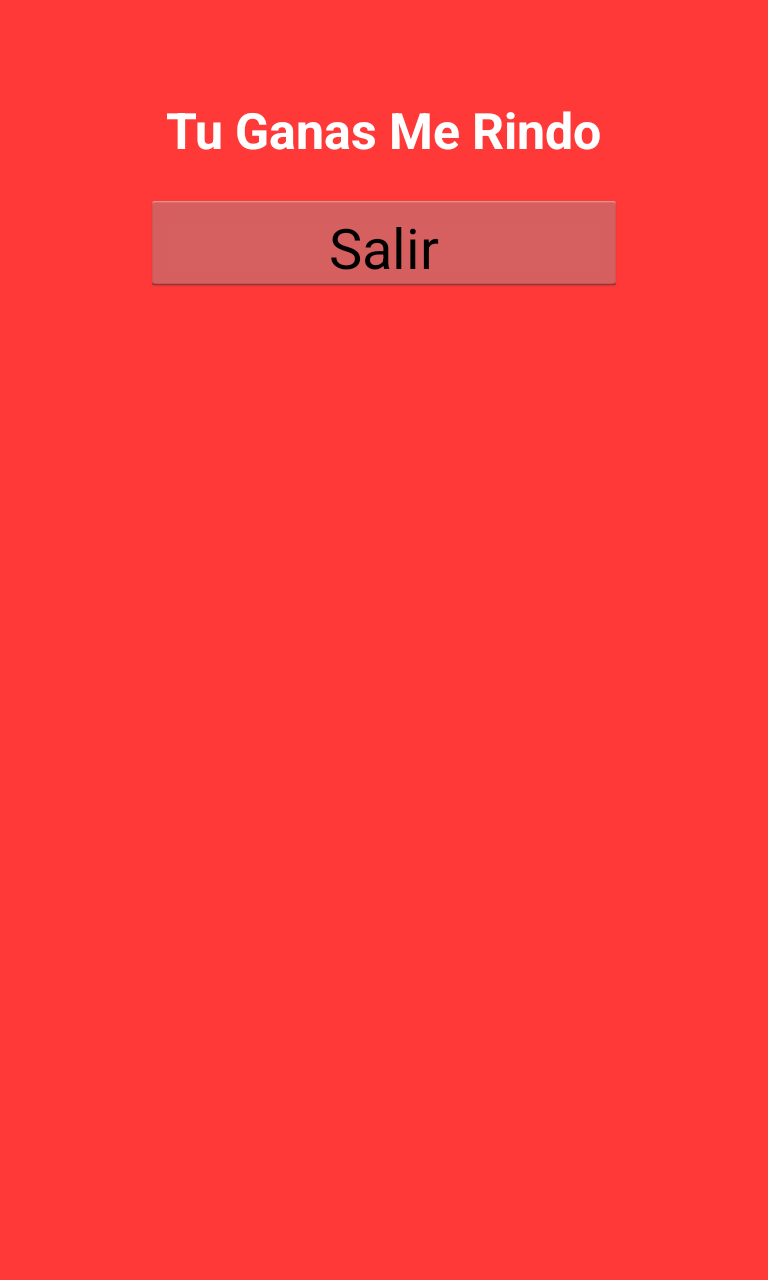
Repository: lainodHO/Proyectos-Moviles
Layout: Adventure/res/layout/activity_quinto.xml
An editor plug-in stored every save of this project. The layout is shown before and after the next save, followed by the edit.
It is drawn on a 768 x 1280 px phone screen (xhdpi) without system bars, with theme AppTheme; the app's code is not run.

Above is the layout before, as saved 2019-04-05 23:06:01.

After the next save:
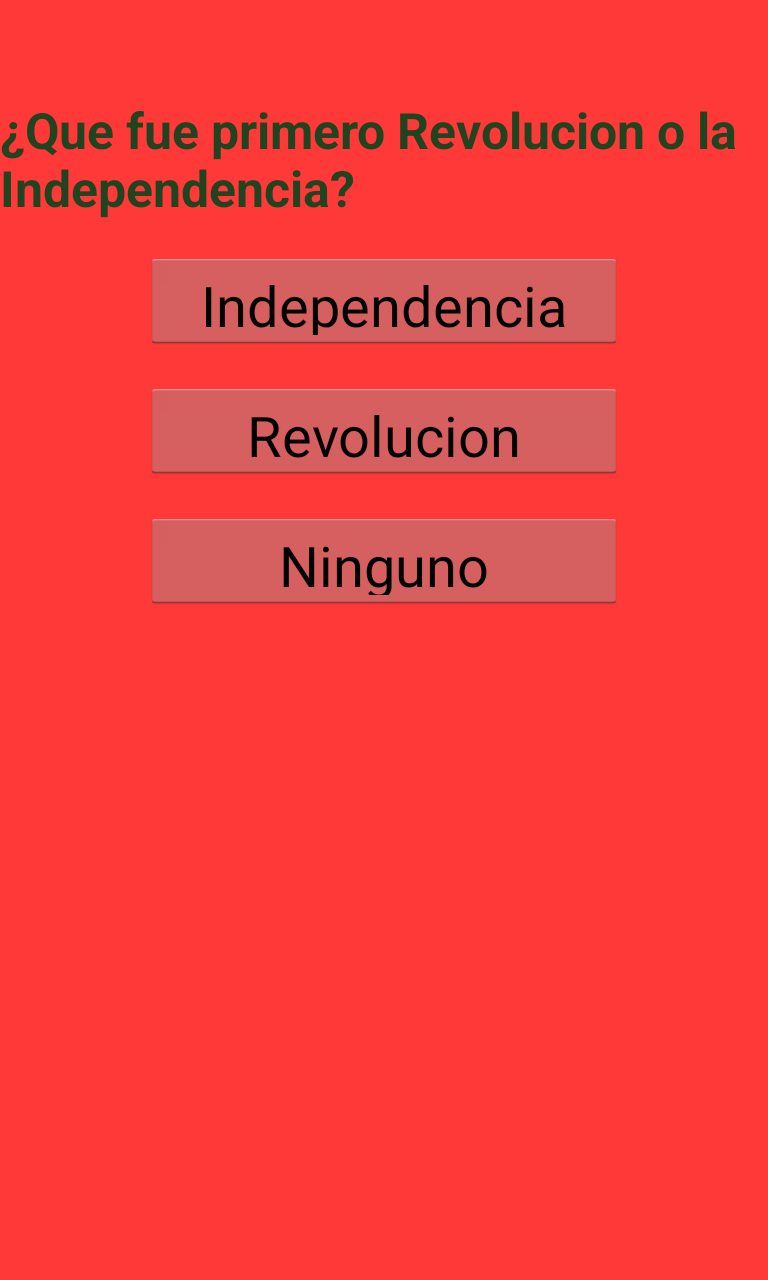
Saved 4 s later.
--- a/Adventure/res/layout/activity_quinto.xml
+++ b/Adventure/res/layout/activity_quinto.xml
@@ -3,7 +3,7 @@
     android:layout_height="fill_parent"
     android:background="#FF3838"
     android:orientation="vertical" >
-              <TextView
+            <TextView
         android:id="@+id/textView1"
         android:layout_width="wrap_content"
         android:layout_height="wrap_content"
@@ -11,21 +11,40 @@
         android:layout_centerHorizontal="true"
         android:layout_marginTop="48dp"
         android:layout_gravity="center"
-        android:text="Tu Ganas Me Rindo"
-        android:textColor="#FFFFFF"
+        android:text="¿Que fue primero Revolucion o la Independencia?"
+        android:textColor="#204420"
         android:textSize="25dp"
         android:textStyle="bold" />
 
-                               <Button
+                    <Button
         android:layout_width="240dp"
         android:layout_height="50dp"
         android:layout_marginTop="15dp"
-        android:text="Salir"
+        android:text="Independencia"
         android:layout_gravity="center"
         android:textSize="28dp"
         android:gravity="center"
-        android:onClick="cerrar_apli"/>
+        android:onClick="pasaral2"/>
 
+                   <Button
+        android:layout_width="240dp"
+        android:layout_height="50dp"
+        android:layout_marginTop="15dp"
+        android:text="Revolucion"
+        android:layout_gravity="center"
+        android:textSize="28dp"
+        android:gravity="center"
+        android:onClick="pasaral3"/>
+
+                                <Button
+        android:layout_width="240dp"
+        android:layout_height="50dp"
+        android:layout_marginTop="15dp"
+        android:text="Ninguno"
+        android:layout_gravity="center"
+        android:textSize="28dp"
+        android:gravity="center"
+        android:onClick="pasaral4"/>
 
 
 </LinearLayout>
